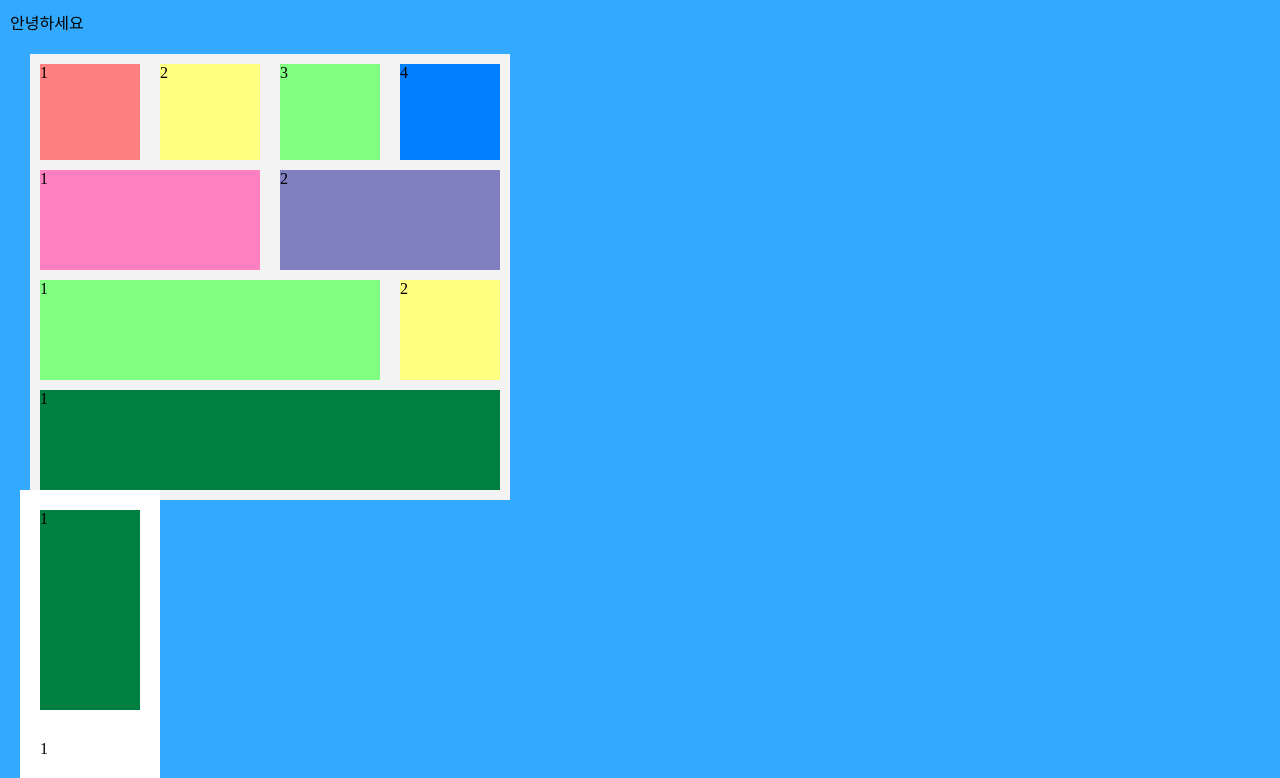
Repository: BaekJiGyeong/JSP_web
Page: http://localhost/Project0303/project1.jsp
These files come from the project's save history. The page is drawn as it stood at one moment and after the next save; the edit follows.
The browser window is 1280 px wide. The pictures show the whole page.
The page is served by Tomcat 9.

Above is the page before, as saved 2016-03-03 09:10:28.

### Project0303/WebContent/project1.jsp
<%@ page language="java" contentType="text/html; charset=UTF-8"
    pageEncoding="UTF-8"%>
<!DOCTYPE html>
<html>
<head>
<meta http-equiv="Content-Type" content="text/html; charset=UTF-8">
<link rel="stylesheet" type="text/css" href="/resource/css/project1.css"/>
<title>Insert title here</title>
</head>
<body>
안녕하세요
<div id= "wrapper">
	<div id="row1">

			<div id="row1col1">
			1
			</div>
			<div id="row1col2">
			2
			</div>
			<div id="row1col3">
			3
			</div>
			<div id="row1col4">
			4
			</div>
	</div>

	<div id="row2">

			<div id="row2col1">
			1
			</div>
			<div id="row2col2">
			2
			</div>

	</div>

	<div id="row3">

			<div id="row3col1">
			1
			</div>
			<div id="row3col2">
			2
			</div>

	</div>

	<div id="row4">
			<div id="row4col1">
			1
			</div>
	</div>


</div>

<div id="wrapper2">
	<div id="col1">
			<div id="col1row1">
			1
			</div>
	</div>

	<div id="col2">
			<div id="col2row1">
			1
			</div>
	</div>
</div>

</body>
</html>

### Project0303/WebContent/resource/css/project1.css
@CHARSET "UTF-8";

body {
	background-color: #33AAFF;
	margin: 10px;
}
div {
	margin: 10px;
}
div#row1 {
	background-color: #f3f3f3;
	float: left;
}

div#row1col1 {
	background-color: #ff8080;
	width: 100px;
	height: 100px;
	float: left;
}
div#row1col2 {
	background-color: #ffff80;
	width: 100px;
	height: 100px;
	float: left;
}
div#row1col3 {
	background-color: #80ff80;
	width: 100px;
	height: 100px;
	float: left;
}
div#row1col4 {
	background-color: #0080ff;
	width: 100px;
	height: 100px;
	float: left;
}

div#row2 {
	 top: 150px;
	 background-color: #f3f3f3;
	 position: absolute;
}
div#row2col1 {
	background-color: #ff80c0;
	width: 220px;
	height: 100px;
	float: left;
}
div#row2col2 {
	background-color: #8080c0;
	width: 220px;
	height: 100px;
	float: left;
}

div#row3 {
	 top: 260px;
	 background-color: #f3f3f3;
	 position: absolute;
}
div#row3col1 {
	background-color: #80ff80;
	width: 340px;
	height: 100px;
	float: left;
}
div#row3col2 {
	background-color: #ffff80;
	width: 100px;
	height: 100px;
	float: left;
}

div#row4 {
	 top: 370px;
	 background-color: #f3f3f3;
	 position: absolute;
}
div#row4col1 {
	background-color: #008040;
	width: 460px;
	height: 100px;
	float: left;
}


div#wrapper2 {
	 top: 480px;
	 background-color: #ffffff;
	 position: absolute;
}
div#col1row1 {
	background-color: #008040;
	width: 100px;
	height: 200px;
	float: left;
}
div#col2 {
	float: left;
}

After the next save:
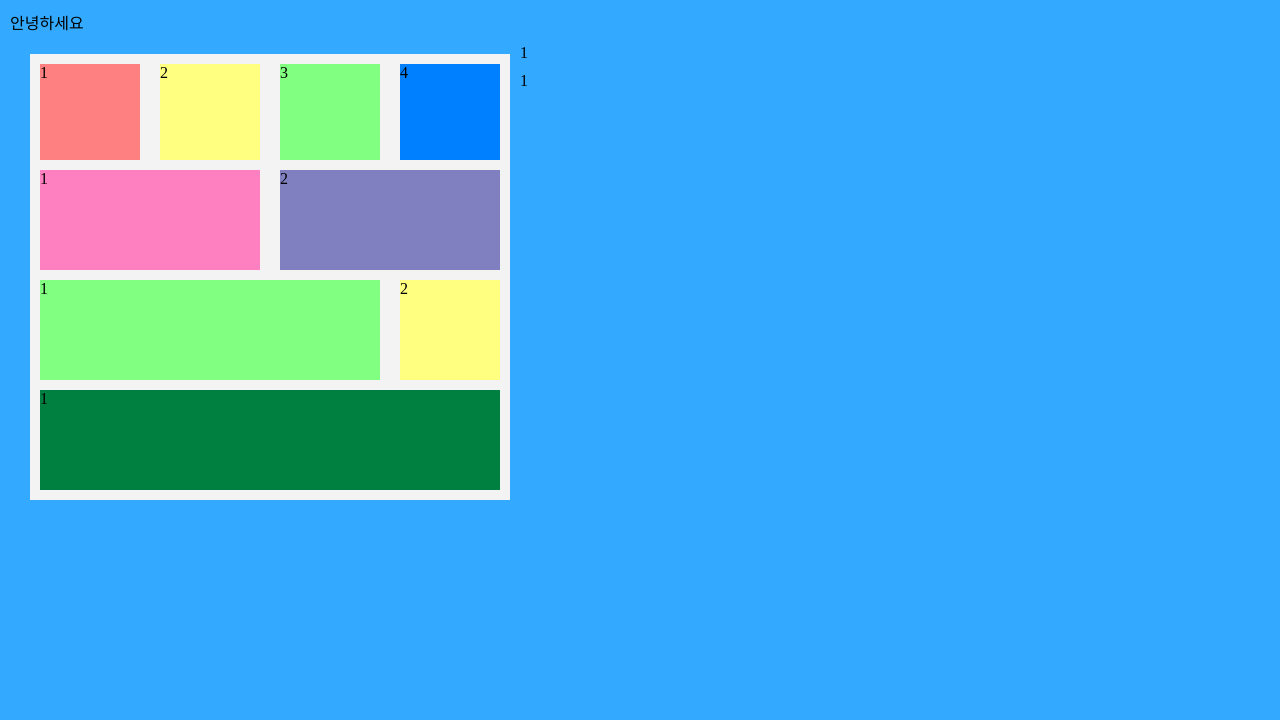
Saved 13 s later.
--- a/Project0303/WebContent/resource/css/project1.css
+++ b/Project0303/WebContent/resource/css/project1.css
@@ -84,19 +84,3 @@ div#row4col1 {
 	height: 100px;
 	float: left;
 }
-
-
-div#wrapper2 {
-	 top: 480px;
-	 background-color: #ffffff;
-	 position: absolute;
-}
-div#col1row1 {
-	background-color: #008040;
-	width: 100px;
-	height: 200px;
-	float: left;
-}
-div#col2 {
-	float: left;
-}
